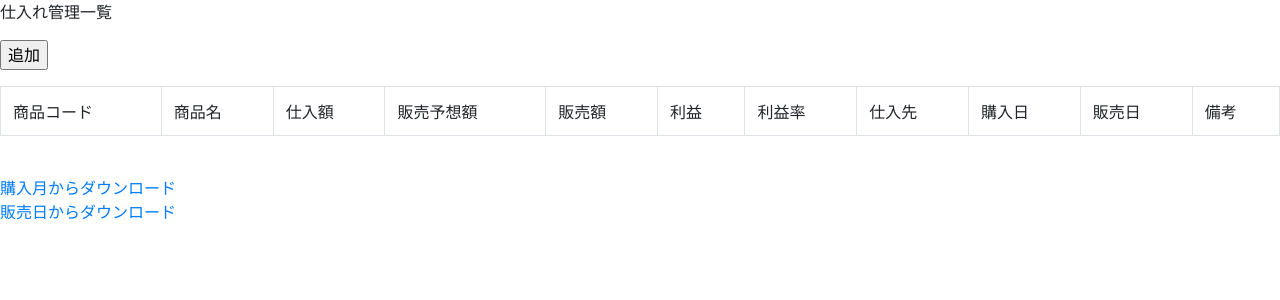
Repository: hayashikazuki/quroud9
Page: http://localhost/hurugi_keisan/product/hurugi_list.php
The author's editor kept a record of every edit. The page is drawn from the files as they stood at one moment, then again after the next edit.
The browser window is 1280 px wide. The pictures show the whole page.
The page is run by PHP 8.4 with error messages shown; the project is at /var/www/html/. Queries for data that is not in the repository find no rows.

Above is the page before.

### hurugi_keisan/product/hurugi_list.php
<!DOCTTYPE>
<html lang="ja">
    <head>
        <meta charaset="UTF-8">
        <title>古着管理アプリ</title>
        <link rel="stylesheet" href="bootstrap.css"/>
    </head>
    <body>
    <?php

    try
    {
    $dsn='mysql:dbname=hurugi_keisan;host=localhost;charset=utf8';
    $user='root';
    $password='';
    $dbh = new PDO($dsn,$user,$password);
    $dbh->setAttribute(PDO::ATTR_ERRMODE,PDO::ERRMODE_EXCEPTION);

    $sql = 'SELECT code,namecode,name,stocking,expect,sale,shop,date,saledate,remarks FROM hurugi_product WHERE 1';
    $stmt = $dbh->prepare($sql);
    $stmt->execute();

    $dbh = null;



    print '<p>仕入れ管理一覧</p>';
    print '<form method="post" action="hurugi_branch.php">';
    print'<input type="submit" value="追加" name="add">';
    print '</form>';
    print '<table class="table table-bordered">';
    print '<tr>';
    print '<td>商品コード</td>';
    print '<td>商品名</td>';
    print '<td>仕入額</td>';
    print '<td>販売予想額</td>';
    print '<td>販売額</td>';
    print '<td>利益</td>';
    print '<td>利益率</td>';
    print '<td>仕入先</td>';
    print '<td>購入日</td>';
    print '<td>販売日</td>';
    print '<td>備考</td>';
    print '</tr>';

    while(true)
    {

        $rec = $stmt->fetch(PDO::FETCH_ASSOC);
        if($rec==false)
        {
            break;
        }
        print '<tr>';
        print '<td>';
        print $rec['namecode'];
        print '</td>';
        print '<td>';
        print '<a href="hurugi_disp.php?hurugicode='.$rec['code'].'">';
        print $rec['name'];
        print '</a>';
        print '</td>';
        print '<td>';
        print $rec['stocking'];
        print '</td>';
        print '<td>';
        print $rec['expect'];
        print '</td>';
        print '<td>';
        print $rec['sale'];
        print '</td>';
        print '<td>';
        print $rec['sale']-$rec['stocking'];
        print '</td>';
        print '<td>';
        print floor(($rec['sale']-$rec['stocking']) / $rec['sale'] * 100);
        print '</td>';
        print '<td>';
        print $rec['shop'];
        print '</td>';
        print '<td>';
        print $rec['date'];
        print '</td>';
        print '<td>';
        print $rec['saledate'];
        print '</td>';
        print '<td>';
        print $rec['remarks'];
        print '</td>';
        print '</tr>';
    }
    print '</table>';

    }
    catch(Exception $e)
    {
        print 'ただいま障害により大変ご迷惑をお掛けしております。';
        exit();
    }
    ?>


    <br />
    <a href="hurugi_download.php">購入月からダウンロード</a>
    <br />
    <a href="saledate_download.php">販売日からダウンロード</a>


    </body>
</html>

Loaded but not shown: hurugi_keisan/product/bootstrap.css (library)

After the next edit:
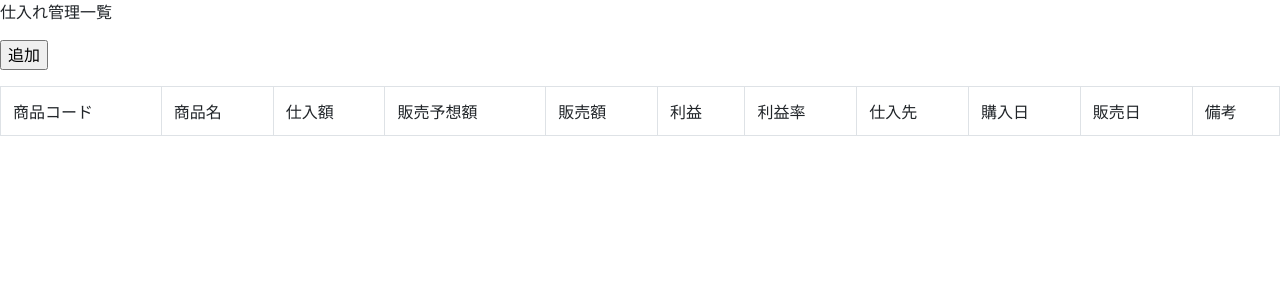
The edit:
--- a/hurugi_keisan/product/hurugi_list.php
+++ b/hurugi_keisan/product/hurugi_list.php
@@ -100,10 +100,6 @@
     ?>
 
 
-    <br />
-    <a href="hurugi_download.php">購入月からダウンロード</a>
-    <br />
-    <a href="saledate_download.php">販売日からダウンロード</a>
 
 
     </body>
